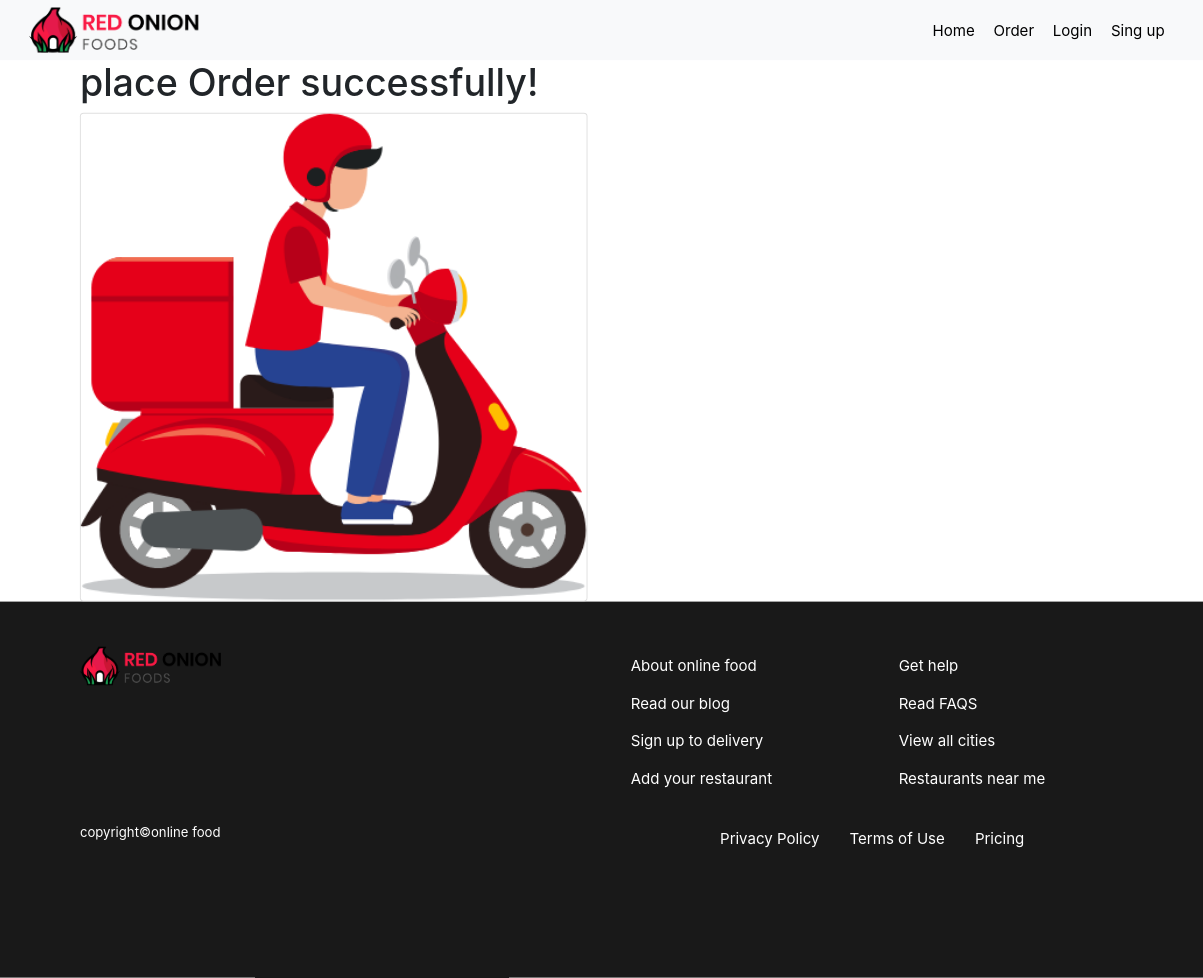
Repository: arif286/red-onion-client
Page: /order
An editor plug-in stored every save of this project. The page is shown before and after the next save, followed by the edit.
The browser window is 1280 px wide. The pictures show the whole page, at 94% of full size.
The page's requests for data from a server got no answer. The project was rebuilt for these pictures with package versions that can differ from the ones it lists, and the page was loaded fresh each time. No one was signed in, and anything a server would have sent is missing. Also part of the build but not shown: src/App.css, src/components/CheckOut/CheckOut.css, src/components/CheckOut/CheckOutForm/CheckOutFrom.js, src/components/CheckOut/CheckOut.js, src/components/SearchBar/SearchBar.css, src/components/SearchBar/SearchBar.js, src/components/FoodDetails/FoodDetail.css, src/components/FoodDetails/FoodDetail.js and 12 more. Imported but missing from the stored project, and not drawn on this page: src/components/CheckOut/Map/Map.

Above is the page before, as saved 2021-04-06 03:00:46.

### public/index.html
<!DOCTYPE html>
<html lang="en">
  <head>
    <meta charset="utf-8" />
    <link rel="icon" href="%PUBLIC_URL%/favicon.ico" />
    <meta name="viewport" content="width=device-width, initial-scale=1" />
    <meta name="theme-color" content="#000000" />
    <meta
      name="description"
      content="Web site created using create-react-app"
    />
    <link rel="apple-touch-icon" href="%PUBLIC_URL%/logo192.png" />
    <!--
      manifest.json provides metadata used when your web app is installed on a
      user's mobile device or desktop. See https://developers.google.com/web/fundamentals/web-app-manifest/
    -->
    <link rel="manifest" href="%PUBLIC_URL%/manifest.json" />

    <!-- <link
      href="https://api.tiles.mapbox.com/mapbox-gl-js/v2.1.1/mapbox-gl.css"
      rel="stylesheet"
    /> -->
    <!--
      Notice the use of %PUBLIC_URL% in the tags above.
      It will be replaced with the URL of the `public` folder during the build.
      Only files inside the `public` folder can be referenced from the HTML.

      Unlike "/favicon.ico" or "favicon.ico", "%PUBLIC_URL%/favicon.ico" will
      work correctly both with client-side routing and a non-root public URL.
      Learn how to configure a non-root public URL by running `npm run build`.
    -->
    <title>Red Onion</title>
  </head>
  <body>
    <noscript>You need to enable JavaScript to run this app.</noscript>
    <div id="root"></div>
    <!--
      This HTML file is a template.
      If you open it directly in the browser, you will see an empty page.

      You can add webfonts, meta tags, or analytics to this file.
      The build step will place the bundled scripts into the <body> tag.

      To begin the development, run `npm start` or `yarn start`.
      To create a production bundle, use `npm run build` or `yarn build`.
    -->
  </body>
</html>

### src/App.js
import "bootstrap/dist/css/bootstrap.min.css";
import React, { createContext, useState } from "react";
import { BrowserRouter as Router, Route, Switch } from "react-router-dom";
import './App.css';
import CheckOut from "./components/CheckOut/CheckOut";
import Map from "./components/CheckOut/Map/Map";
import FoodDetail from "./components/FoodDetails/FoodDetail";
import Footer from "./components/Footer/Footer";
import Header from "./components/Header/Header";
import Home from './components/Home/Home';
import Login from "./components/LogIn/Login";
import Order from "./components/Order/Order";
import SingUp from "./components/SingUp/SingUp";


export const UserContext = createContext();
function App() {
  const [loggedInUser, setLoggedInUser] = useState({});
  return (
    <UserContext.Provider value={[loggedInUser, setLoggedInUser]}>
      <Router>
        <Header />
        <Switch>
          <Route path="/home">
            <Home />
          </Route>
          <Route path="/signUp">
            <SingUp />
          </Route>
          <Route path="/login">
            <Login />
          </Route>
          <Route path="/food/details/:foodId">
            <FoodDetail />
          </Route>
          <Route path='/checkOut'>
            <CheckOut/>
          </Route>
          <Route path='/order'>
            <Order/>
          </Route>
          <Route path='/map'>
            <Map/>
          </Route>
          <Route exact path="/">
            <Home/>
          </Route>
        </Switch>
        <Footer />
      </Router>
    </UserContext.Provider>
  );

}

export default App;

### src/components/Footer/Footer.js
import React from 'react';
import { NavLink } from 'react-bootstrap';
import Logo from '../../onion-restaurent/logo2.png';
import './Footer.css';

const Footer = () => {
    return (
      <footer>
        <div className="container">
          <div className="row pt-5">
            <div className="col-md-6 col-sm-12 pb-4">
              <img className="footer-img" src={Logo} alt="" />
            </div>
            <div className="col-md-3 col-sm-12 pb-4">
              <ul className="nav flex-column">
                <li className="nav-item">
                  <NavLink
                    className="nav-link active footer-link"
                    aria-current="page"
                    to="/"
                  >
                    About online food
                  </NavLink>
                </li>
                <li className="nav-item">
                  <NavLink className="nav-link footer-link" to="/">
                    Read our blog
                  </NavLink>
                </li>
                <li className="nav-item">
                  <NavLink className="nav-link footer-link" to="/">
                    Sign up to delivery
                  </NavLink>
                </li>
                <li className="nav-item">
                  <NavLink className="nav-link footer-link" to="/">
                    Add your restaurant
                  </NavLink>
                </li>
              </ul>
            </div>
            <div className="col-md-3 col-sm-12 pb-4">
              <ul className="nav flex-column">
                <li className="nav-item">
                  <NavLink
                    className="nav-link footer-link"
                    aria-current="page"
                    to="/"
                  >
                    Get help
                  </NavLink>
                </li>
                <li className="nav-item">
                  <NavLink className="nav-link footer-link" to="/">
                    Read FAQS
                  </NavLink>
                </li>
                <li className="nav-item">
                  <NavLink className="nav-link footer-link" to="/">
                    View all cities
                  </NavLink>
                </li>
                <li className="nav-item">
                  <NavLink className="nav-link footer-link" to="/">
                    Restaurants near me
                  </NavLink>
                </li>
              </ul>
            </div>
          </div>

          <div className="row">
            <div className="col-md-7">
              <p className='copy-right'>
                <small>
                  copyright<span>&#169;</span>online food
                </small>
              </p>
            </div>
            <div className="col-md-5">
              <div className='d-flex'>
                <NavLink className="footer-link">Privacy Policy</NavLink>
                <NavLink className="footer-link">Terms of Use</NavLink>
                <NavLink className="footer-link">Pricing</NavLink>
              </div>
            </div>
          </div>
        </div>
      </footer>
    );
};

export default Footer;

### src/components/Header/Header.js
import { faShoppingCart } from "@fortawesome/free-solid-svg-icons";
import { FontAwesomeIcon } from "@fortawesome/react-fontawesome";
import React from 'react';
import { NavLink } from "react-router-dom";
import logo from '../../onion-restaurent/logo2.png';
import './Header.css';
const cart = <FontAwesomeIcon icon={faShoppingCart} />;
const Header = () => {
    const header = {
        logo : {width: '180px'}
    }
    return (
      <div>
        <nav className="navbar navbar-expand-lg navbar-light bg-light">
          <div className="container-fluid">
            <div>
              <img style={header.logo} src={logo} alt="" />
            </div>
            <button
              className="navbar-toggler"
              type="button"
              data-bs-toggle="collapse"
              data-bs-target="#navbarNav"
              aria-controls="navbarNav"
              aria-expanded="false"
              aria-label="Toggle navigation"
            >
              <span className="navbar-toggler-icon"></span>
            </button>
            <div
              className="collapse  navbar-collapse justify-content-end"
              id="navbarNav"
            >
              <ul className="navbar-nav align-items-center">
                <li className="nav-item">
                  <NavLink className="header-link" to="/">
                    Home
                  </NavLink>
                </li>
                <li className="nav-item">
                  <NavLink className="header-link" to="/order">
                    Order
                  </NavLink>
                </li>
                <li className="nav-item">
                  <NavLink className="header-link" to="/login">
                    Login
                  </NavLink>
                </li>
                <li className="nav-item">
                  <NavLink className="header-link" to="/signUp">
                    Sing up
                  </NavLink>
                </li>
              </ul>
            </div>
          </div>
        </nav>
      </div>
    );
};

export default Header;

### src/components/Order/Order.js
import axios from "axios";
import React, { useContext, useEffect, useState } from "react";
import { Card, Col, Container, Row } from "react-bootstrap";
import { UserContext } from "../../App";
import delivery from "../../onion-restaurent/Image/Group 1151.png";
const Order = () => {
  const [order, setOrder] = useState([]);
  const [loggedInUser, setLoggedInUser] = useContext(UserContext);

  useEffect(() => {
    axios.get(`http://localhost:5000/orderDetails?email=${loggedInUser.email}`)
      .then(res => {
        console.log(res.data)
        setOrder(res.data)
      })
      .catch(err => console.log(err));
  }, [loggedInUser.email]);
  return (
    <Container>
      <h1>place Order successfully!</h1>
      <Row>
        <Col md={6}>
          <Card>
            <img src={delivery} alt="" />
          </Card>
        </Col>
      </Row>
    </Container>
  );
};

export default Order;

### src/components/Footer/Footer.css
.footer-img {
  width: 150px;
}
footer {
  background-color: #191919;
  height: 400px;
}
.footer-link {
  color: white;
}
.footer-link:hover {
  color: #878787;
}
.copy-right {
  color: white;
}

### src/components/Header/Header.css
.header-link {
  color: black;
  display: inline-block;
  padding: 10px;
}
.header-link:hover {
  text-decoration: none;
  color: #777777;
}
.cart-btn {
  border: none;
  background: none;
}

Loaded but not shown: src/index.js (common file); src/index.css (common file); src/reportWebVitals.js (common file)

After the next save:
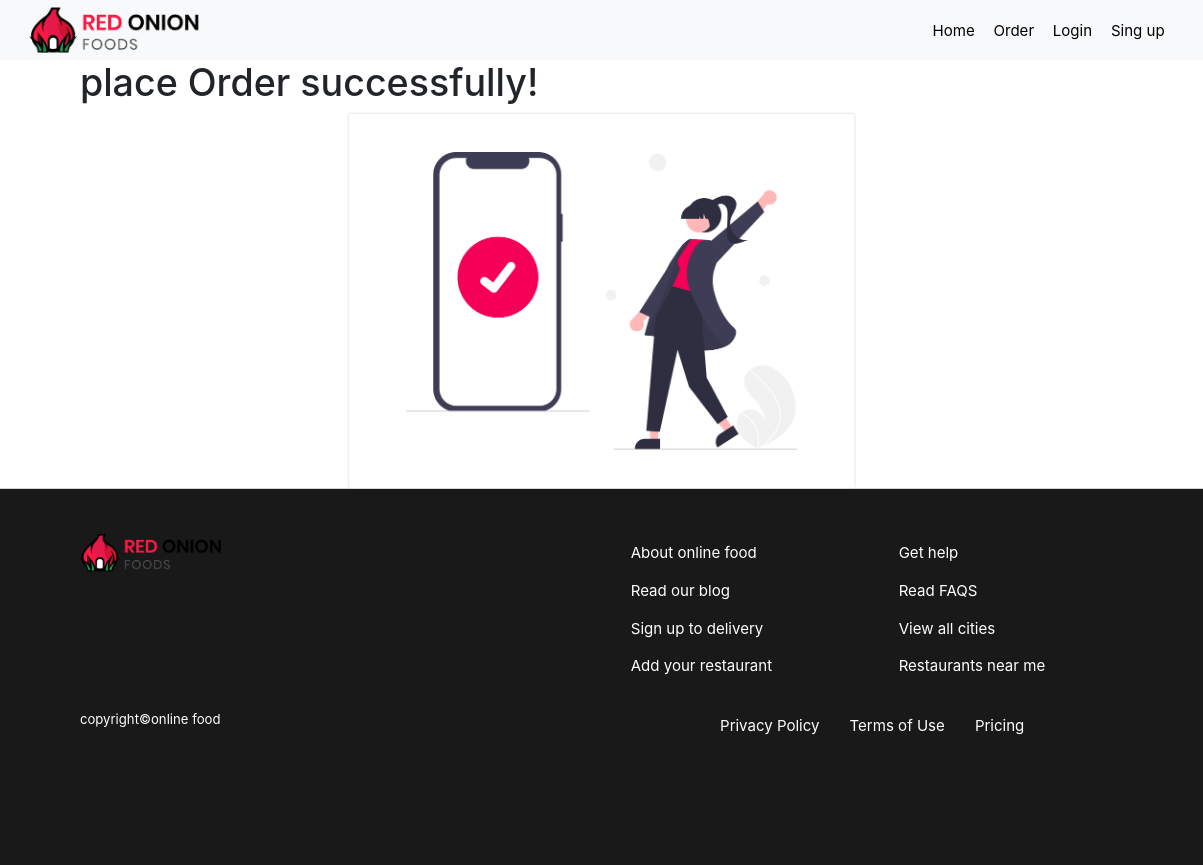
Saved 10 min 8 s later.
--- a/src/components/Order/Order.js
+++ b/src/components/Order/Order.js
@@ -2,7 +2,9 @@ import axios from "axios";
 import React, { useContext, useEffect, useState } from "react";
 import { Card, Col, Container, Row } from "react-bootstrap";
 import { UserContext } from "../../App";
-import delivery from "../../onion-restaurent/Image/Group 1151.png";
+// import delivery from "../../onion-restaurent/Image/Group 1151.png";
+import confirmOrder from '../../onion-restaurent/Image/confirmOrder.png';
+
 const Order = () => {
   const [order, setOrder] = useState([]);
   const [loggedInUser, setLoggedInUser] = useContext(UserContext);
@@ -18,10 +20,10 @@ const Order = () => {
   return (
     <Container>
       <h1>place Order successfully!</h1>
-      <Row>
+      <Row className='justify-content-center'>
         <Col md={6}>
           <Card>
-            <img src={delivery} alt="" />
+            <img src={confirmOrder} alt="" />
           </Card>
         </Col>
       </Row>
